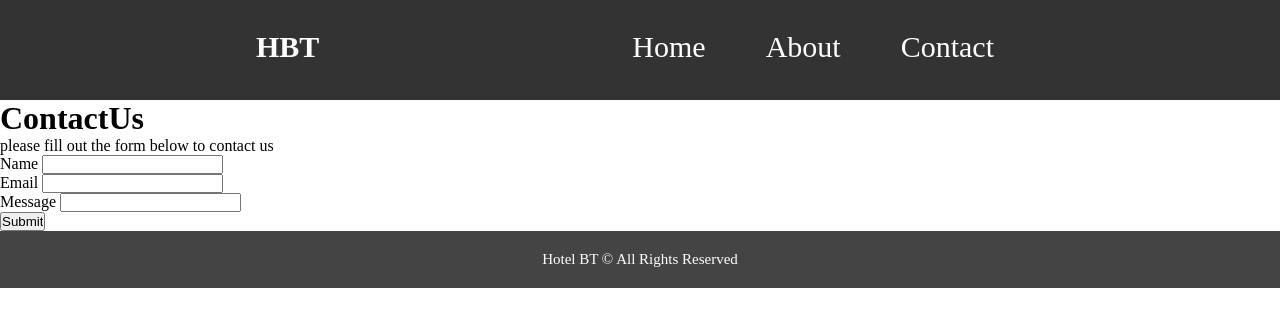
Repository: reemoon-ctrl/hotel-website
Page: 35 - hotel-website/contact.html
The author's editor kept a copy of each file at every save. The page is drawn from the files as they stood at one save, then again after the next save.
The browser window is 1280 px wide. The pictures show the whole page.

Above is the page before, as saved 2024-07-22 09:25:28.

### 35 - hotel-website/contact.html
<!DOCTYPE html>
<html lang="en">
<head>
    <meta charset="UTF-8">
    <meta name="viewport" content="width=device-width, initial-scale=1.0">
    <title>HBT | Hotel Website</title>
    <link rel="stylesheet" href="index.css"/>
</head>
<body>
    <header>
        <ul class="nav-bar">
            <li class="title"><a href="index.html">HBT</a></li>
            <div class="bag-nav-row" >
            <li class="bag-nav"><a href=" ">Contact</a></li>
            <li class="bag-nav"><a href="">About</a></li>
            <li class="bag-nav"><a href="index.html">Home</a></li>
            </div>
        </ul>
    </header>

    <main>
        <div>
            <form action="#">
                <h1><span class="f">Contact</span>Us</h1>
                <p>please fill out the form below to contact us</p>
                <div>
                    <label for="name">Name</label>
                    <input type="text">

                </div>
                <div>
                    <label for="Email">Email</label>
                    <input type="text">
                </div>
                <div>
                    <label for="Message">Message</label>
                    <input type="text">

                </div>
                <input type="submit">
            </form>
        </div>

    </main>

    <footer>
        <p>Hotel BT &copy; All Rights Reserved</p>

    </footer>

</body>
</html>

### 35 - hotel-website/index.css
*{
    padding: 0px;
    margin: 0px;
    box-sizing: border-box;

}
.nav-bar{
    list-style:none;
    overflow: auto;
    /* clear:both; */
    background: #333333;
    font-size: 20px;
    text-align: center;
    height: 100px;

}

.bag-nav-row{
    margin-right: 20%;
}
.title{
    float: left;
    margin-left: 20%;
    font-weight: bold;
    font-size:30px ;

    text-align: center;
    padding:30px 0px;

}
.title  a{
    text-decoration: none;
    color:#fff
}


.bag-nav{
    float: right;
    font-size: 30px;

}
.bag-nav-row li a{
    text-decoration: none;
    padding: 30px 30px 30px 30px;
    display: inline-block;
    color: #fff;
}

.bag-nav-row li a:hover{
    background: #444444;
    color:#ecc08a;
}
.bag-nav-row li a:active{
    background: #444444;
    color:#ecc08a;
}


.mainheader{
     background-image: url("img/showcase.jpg")  ;
   /* background-size:cover;


    height: 600px; */


  background-color: #cccccc;
  height: 600px;
  background-position: center;
  background-repeat: no-repeat;
  background-size: cover;
  position: relative;
}
.mainheadertxt{
    margin: auto;
    top:50%;
    position:relative;
    text-align: center;
    /* margin-top: 20px; */
    color:#fff;
}
.mainheadertxt h3{
    font-size:xx-large;

}

.mainheadertxt p{
    margin:20px;
}
.mainheadertxt a{
    position:relative;
    display: block;
    width: fit-content;
    background: #444444;
    text-decoration:none ;
    color: #fff;
    top:50%;
    margin:auto;


    padding: 20px;
}
.fword{
    color:#ecc08a
}
.main-content{
    width:100%;
    height:300px;
    overflow: auto;
    background: #444444;
    color: #fff;
}
.hotelimg{
    width:50%;
    float:left;
    height:300px;

}
.hotel-disc{
    width:50%;
    float:right;
    text-align: center;
    /* margin-top:px; */
    line-height: 1.5;
    padding:20px;

}
.hotel-disc h3{
    font-size: xx-large;
    margin-bottom: 20px;
}
.hotel-disc a{
    position:relative;
    display: block;
    width: fit-content;

    text-decoration:none ;
    color: #333333;
    padding: 15px;
    margin:auto;
    margin-top: 20px;
    background: #fff;

}

.aside-bar{
    height: 300px;
    overflow: auto;
    clear:both;

}
.ul{
    list-style: none;
    text-align: center;
    margin:auto;
    height:300px;
}
.fli{
    padding: 60px;
    margin: auto;
    float: left;
    width:33%;
    height: 300px;
    padding: 90px 20px;
}
.fli h4{
    font-size: 25px;
    margin-bottom: 20px;
}
.sli h4{
    font-size: 25px;
    margin-bottom: 20px;
}
.thli h4{
    font-size: 25px;
    margin-bottom: 20px;
}
.sli{
    float:left;
    width:33%;
    background-color:#ecc08a;
    height: 300px;
    padding: 90px 20px;

}
.thli{
    float:right;
    width:33%;
    height: 300px;
    margin: auto;
    height: 300px;
    padding: 90px 20px;
}

footer p{
    text-align: center;
    font-size: 15px;
    color: #fff;
    background: #444444;
    padding: 20px;
}
/* ///////////////about website////////////////// */
.s-header{
    overflow: auto;
    clear: both;
    margin: auto;
    margin: 50px 20%;
    /* height: 500px; */
}
.header-content{
    float:left;
    width:40%;

}
.header-content h1{
    font-size: 50px;
}
.header-content p{
    font-size: 28px;
    margin-top: 20px;
    line-height: 1.3;
}
.hotel-img2{
    height:400px;
    width: 40%;
    float: right;
    border-radius:50%;
}
.comment{
    overflow: auto;
    background:#ecc08a;
    margin: 20px 20%;
    border-radius: 20px;

}
.aside-content{
    background-image: url(img/test-bg.jpg) ;
    background-color: #cccccc;
    height:900px;
    background-position: center;
    background-repeat: no-repeat;
    background-size: cover;
    position: relative;
    width: 100%;



}
.aside-content h1{
    margin: 20px 20%;
    text-align: center;
    color: #FFF;
    font-size: 50px;
    padding-top: 100px;
    padding-bottom: 50px;

}
.comment img{
    padding-top: 30px;
width:200px ;
height:200px ;
border-radius: 200px;
float: left;
padding-right: 20px;
padding-left: 20px;
margin-bottom: 50px;
}
.comment p{
padding-top: 70px;
font-size: 28px;
color: #333333;


}

After the next save:
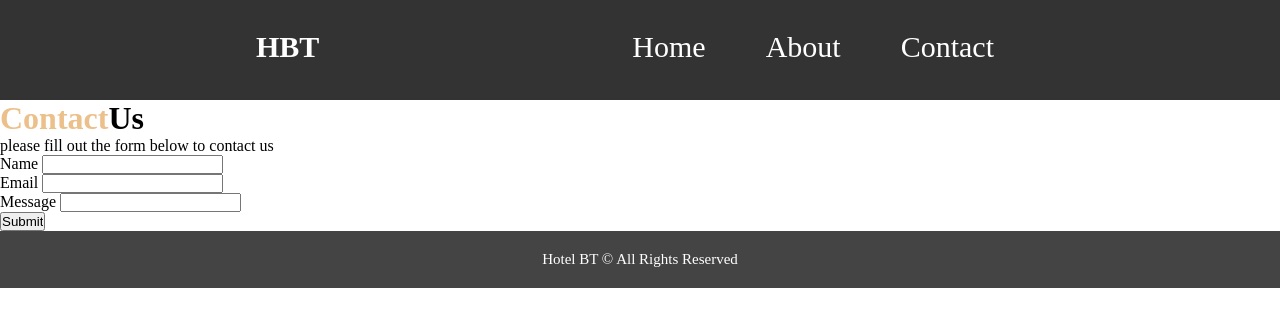
Saved 5 s later.
--- a/35 - hotel-website/contact.html
+++ b/35 - hotel-website/contact.html
@@ -21,7 +21,7 @@
     <main>
         <div>
             <form action="#">
-                <h1><span class="f">Contact</span>Us</h1>
+                <h1><span class="fword">Contact</span>Us</h1>
                 <p>please fill out the form below to contact us</p>
                 <div>
                     <label for="name">Name</label>
